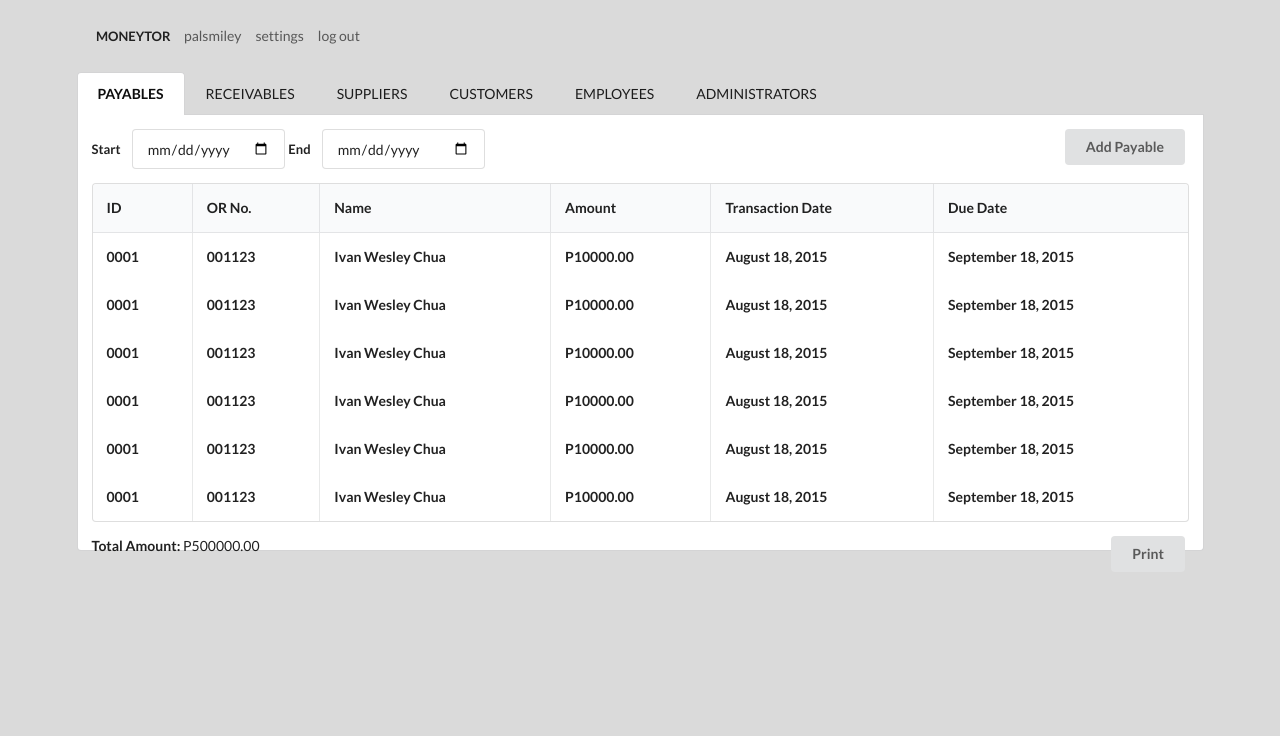
Repository: TV5/MoneyTor
Page: Workspace/MoneyTor/war/main.html
An editor plug-in stored every save of this project. The page is shown before and after the next save, followed by the edit.
The browser window is 1280 px wide. The pictures show the whole page.

Above is the page before, as saved 2015-08-18 10:21:09.

### Workspace/MoneyTor/war/main.html
<!DOCTYPE html>
<html>
<head>
  <!-- Standard Meta -->
  <meta charset="utf-8" />
  <meta http-equiv="X-UA-Compatible" content="IE=edge,chrome=1" />
  <meta name="viewport" content="width=device-width, initial-scale=1.0, maximum-scale=1.0">

  <!-- Site Properities -->
  <title>Main Page</title>
  <link rel="stylesheet" type="text/css" href="../dist/components/reset.css">
  <link rel="stylesheet" type="text/css" href="../dist/components/site.css">

  <link rel="stylesheet" type="text/css" href="../dist/components/container.css">
  <link rel="stylesheet" type="text/css" href="../dist/components/grid.css">
  <link rel="stylesheet" type="text/css" href="../dist/components/header.css">
  <link rel="stylesheet" type="text/css" href="../dist/components/image.css">
  <link rel="stylesheet" type="text/css" href="../dist/components/menu.css">

  <link rel="stylesheet" type="text/css" href="../dist/components/divider.css">
  <link rel="stylesheet" type="text/css" href="../dist/components/segment.css">
  <link rel="stylesheet" type="text/css" href="../dist/components/form.css">
  <link rel="stylesheet" type="text/css" href="../dist/components/input.css">
  <link rel="stylesheet" type="text/css" href="../dist/components/button.css">
  <link rel="stylesheet" type="text/css" href="../dist/components/list.css">
  <link rel="stylesheet" type="text/css" href="../dist/components/message.css">
  <link rel="stylesheet" type="text/css" href="../dist/components/icon.css">
  <link rel="stylesheet" type="text/css" href="../dist/components/tab.min.css">
  <link rel="stylesheet" type="text/css" href="../dist/components/table.min.css">
  <script src="assets/library/jquery.min.js"></script>
  <script src="../dist/components/form.js"></script>
  <script src="../dist/components/transition.js"></script>
  <script src="../dist/components/tab.min.js"></script>

  <style type="text/css">
    body {
      background-color: #DADADA;
    }
    body > .grid {
      height: 100%;
    }
    .image {
      margin-top: -100px;
    }
    .column {
      max-width: 450px;
    }
    .firstmenu {
    	padding-left: 20px;
    	padding-right: 20px;
    	padding-top: 0px;
    }
  </style>
</head>
<body>


<div class="ui container">
	<div class="ui text menu firstmenu" width="100%">
	  <div class="header item">MONEYTOR</div>
	  <a class="item">
	    palsmiley
	  </a>
	  <a class="item">
	    settings
	  </a>
	  <a class="item" style="float:right">
	    log out
	  </a>
	</div>
	<div class="ui top attached tabular menu">
	  <a class="active item">
	    PAYABLES
	  </a>
	  <a class="item">
	    RECEIVABLES
	  </a>
	  <a class="item">
	    SUPPLIERS
	  </a>
	  <a class="item">
	    CUSTOMERS
	  </a>
	  <a class="item">
	    EMPLOYEES
	  </a>
	  <a class="item">
	    ADMINISTRATORS
	  </a>
	</div>

	<div class="ui bottom attached active tab segment">

<!-- 	  <div class="ui form">
	  <div class="inline fields">
	    <div class="four wide field" style="float:left">
	      <label>Start</label>
	      <input type="date">
	    </div>
	    <div class="four wide field" style="float:left">
	      <label>End</label>
	      <input type="date">
	    </div>
	    <div class="three wide feild" style="float:right">
	      <button class="ui button">Add Payable</button>
	    </div>
	  </div>
	  </div> -->

	  <span>
	  <div class="ui form ">
	  	<div class="inline fields" style="float:left">
	  	<div class="eight wide field">
	      <label>Start</label>
	      <input type="date">
	    </div>
	    <div class="eight wide field">
	      <label>End</label>
	      <input type="date">
	    </div>
	    </div>
	    <div class="three wide feild" style="float:right">
	      <button class="ui button">Add Payable</button>
	    </div>
	  </div>


	  </span>



	  <table class="ui celled padded table">
	  <thead>
	    <tr>
	    <th>ID</th>
	    <th>OR No.</th>
	    <th>Name</th>
	    <th>Amount</th>
	    <th>Transaction Date</th>
	    <th>Due Date</th>
	  	</tr>
	  </thead>
	  <tbody>
	  	<tr>
	    <th>0001</th>
	    <th>001123</th>
	    <th>Ivan Wesley Chua</th>
	    <th>P10000.00</th>
	    <th>August 18, 2015</th>
	    <th>September 18, 2015</th>
	  	</tr>
	  	<tr>
	    <th>0001</th>
	    <th>001123</th>
	    <th>Ivan Wesley Chua</th>
	    <th>P10000.00</th>
	    <th>August 18, 2015</th>
	    <th>September 18, 2015</th>
	  	</tr>
	  	<tr>
	    <th>0001</th>
	    <th>001123</th>
	    <th>Ivan Wesley Chua</th>
	    <th>P10000.00</th>
	    <th>August 18, 2015</th>
	    <th>September 18, 2015</th>
	  	</tr>
	  	<tr>
	    <th>0001</th>
	    <th>001123</th>
	    <th>Ivan Wesley Chua</th>
	    <th>P10000.00</th>
	    <th>August 18, 2015</th>
	    <th>September 18, 2015</th>
	  	</tr>
	  	<tr>
	    <th>0001</th>
	    <th>001123</th>
	    <th>Ivan Wesley Chua</th>
	    <th>P10000.00</th>
	    <th>August 18, 2015</th>
	    <th>September 18, 2015</th>
	  	</tr>
	  	<tr>
	    <th>0001</th>
	    <th>001123</th>
	    <th>Ivan Wesley Chua</th>
	    <th>P10000.00</th>
	    <th>August 18, 2015</th>
	    <th>September 18, 2015</th>
	  	</tr>
	  </tbody>
	  </table>
	<span>
	  <div class="ui bottom attached text" style="float:left"><b>Total Amount: </b> P500000.00</div>
	  <button class="ui button" style="float:right">Print</button>
	</span>
	</div>
</div>

</body>

</html>

### Workspace/MoneyTor/war/dist/components/site.css
/*!
 * # Semantic UI 2.0.8 - Site
 * http://github.com/semantic-org/semantic-ui/
 *
 *
 * Copyright 2015 Contributors
 * Released under the MIT license
 * http://opensource.org/licenses/MIT
 *
 */


/*******************************
             Page
*******************************/

@import url('https://fonts.googleapis.com/css?family=Lato:400,700,400italic,700italic&subset=latin');
html,
body {
  height: 100%;
}
html {
  font-size: 14px;
}
body {
  margin: 0px;
  padding: 0px;
  overflow-x: hidden;
  min-width: 320px;
  background: #ffffff;
  font-family: 'Lato', 'Helvetica Neue', Arial, Helvetica, sans-serif;
  font-size: 14px;
  line-height: 1.4285em;
  color: rgba(0, 0, 0, 0.87);
  font-smoothing: antialiased;
}


/*******************************
             Headers
*******************************/

h1,
h2,
h3,
h4,
h5 {
  font-family: 'Lato', 'Helvetica Neue', Arial, Helvetica, sans-serif;
  line-height: 1.2857em;
  margin: calc(2rem -  0.14285em ) 0em 1rem;
  font-weight: bold;
  padding: 0em;
}
h1 {
  min-height: 1rem;
  font-size: 2rem;
}
h2 {
  font-size: 1.714rem;
}
h3 {
  font-size: 1.28rem;
}
h4 {
  font-size: 1.071rem;
}
h5 {
  font-size: 1rem;
}
h1:first-child,
h2:first-child,
h3:first-child,
h4:first-child,
h5:first-child {
  margin-top: 0em;
}
h1:last-child,
h2:last-child,
h3:last-child,
h4:last-child,
h5:last-child {
  margin-bottom: 0em;
}


/*******************************
             Text
*******************************/

p {
  margin: 0em 0em 1em;
  line-height: 1.4285em;
}
p:first-child {
  margin-top: 0em;
}
p:last-child {
  margin-bottom: 0em;
}

/*-------------------
        Links
--------------------*/

a {
  color: #4183c4;
  text-decoration: none;
}
a:hover {
  color: #1e70bf;
  text-decoration: none;
}


/*******************************
          Highlighting
*******************************/


/* Site */
::-webkit-selection {
  background-color: #cce2ff;
  color: rgba(0, 0, 0, 0.87);
}
::-moz-selection {
  background-color: #cce2ff;
  color: rgba(0, 0, 0, 0.87);
}
::selection {
  background-color: #cce2ff;
  color: rgba(0, 0, 0, 0.87);
}

/* Form */
textarea::-webkit-selection,
input::-webkit-selection {
  background-color: rgba(100, 100, 100, 0.4);
  color: rgba(0, 0, 0, 0.87);
}
textarea::-moz-selection,
input::-moz-selection {
  background-color: rgba(100, 100, 100, 0.4);
  color: rgba(0, 0, 0, 0.87);
}
textarea::selection,
input::selection {
  background-color: rgba(100, 100, 100, 0.4);
  color: rgba(0, 0, 0, 0.87);
}


/*******************************
        Global Overrides
*******************************/



/*******************************
         Site Overrides
*******************************/

### Workspace/MoneyTor/war/dist/components/container.css
/*!
 * # Semantic UI 2.0.8 - Container
 * http://github.com/semantic-org/semantic-ui/
 *
 *
 * Copyright 2015 Contributors
 * Released under the MIT license
 * http://opensource.org/licenses/MIT
 *
 */


/*******************************
            Container
*******************************/


/* All Sizes */
.ui.container {
  display: block;
  max-width: 100% !important;
}

/* Mobile */
@media only screen and (max-width: 767px) {
  .ui.container {
    width: auto;
    margin-left: 1em !important;
    margin-right: 1em !important;
  }
  .ui.grid.container {
    width: auto !important;
  }
}

/* Tablet */
@media only screen and (min-width: 768px) and (max-width: 991px) {
  .ui.container {
    width: 723px;
    margin-left: auto !important;
    margin-right: auto !important;
  }
  .ui.grid.container {
    width: calc( 723px  +  2em ) !important;
  }
}

/* Small Monitor */
@media only screen and (min-width: 992px) and (max-width: 1199px) {
  .ui.container {
    width: 933px;
    margin-left: auto !important;
    margin-right: auto !important;
  }
  .ui.grid.container {
    width: calc( 933px  +  2em ) !important;
  }
}

/* Large Monitor */
@media only screen and (min-width: 1200px) {
  .ui.container {
    width: 1127px;
    margin-left: auto !important;
    margin-right: auto !important;
  }
  .ui.grid.container {
    width: calc( 1127px  +  2em ) !important;
  }
}


/*******************************
             Types
*******************************/


/* Text Container */
.ui.text.container {
  font-family: 'Lato', 'Helvetica Neue', Arial, Helvetica, sans-serif;
  max-width: 700px !important;
  line-height: 1.5;
}
.ui.text.container {
  font-size: 1.14285714rem;
}

/* Fluid */
.ui.fluid.container {
  width: 100%;
}


/*******************************
           Variations
*******************************/

.ui[class*="left aligned"].container {
  text-align: left;
}
.ui[class*="center aligned"].container {
  text-align: center;
}
.ui[class*="right aligned"].container {
  text-align: right;
}
.ui.justified.container {
  text-align: justify;
  -webkit-hyphens: auto;
     -moz-hyphens: auto;
      -ms-hyphens: auto;
          hyphens: auto;
}


/*******************************
         Theme Overrides
*******************************/



/*******************************
         Site Overrides
*******************************/

### Workspace/MoneyTor/war/dist/components/image.css
/*!
 * # Semantic UI 2.0.8 - Image
 * http://github.com/semantic-org/semantic-ui/
 *
 *
 * Copyright 2015 Contributors
 * Released under the MIT license
 * http://opensource.org/licenses/MIT
 *
 */


/*******************************
             Image
*******************************/

.ui.image {
  position: relative;
  display: inline-block;
  vertical-align: middle;
  max-width: 100%;
  background-color: transparent;
}
img.ui.image {
  display: block;
}
.ui.image svg,
.ui.image img {
  display: block;
  max-width: 100%;
  height: auto;
}


/*******************************
            States
*******************************/

.ui.hidden.images,
.ui.hidden.image {
  display: none;
}
.ui.disabled.images,
.ui.disabled.image {
  cursor: default;
  opacity: 0.45;
}


/*******************************
          Variations
*******************************/


/*--------------
     Inline
---------------*/

.ui.inline.image,
.ui.inline.image svg,
.ui.inline.image img {
  display: inline-block;
}

/*------------------
  Vertical Aligned
-------------------*/

.ui.top.aligned.images .image,
.ui.top.aligned.image,
.ui.top.aligned.image svg,
.ui.top.aligned.image img {
  display: inline-block;
  vertical-align: top;
}
.ui.middle.aligned.images .image,
.ui.middle.aligned.image,
.ui.middle.aligned.image svg,
.ui.middle.aligned.image img {
  display: inline-block;
  vertical-align: middle;
}
.ui.bottom.aligned.images .image,
.ui.bottom.aligned.image,
.ui.bottom.aligned.image svg,
.ui.bottom.aligned.image img {
  display: inline-block;
  vertical-align: bottom;
}

/*--------------
     Rounded
---------------*/

.ui.rounded.images .image,
.ui.rounded.image,
.ui.rounded.images .image > *,
.ui.rounded.image > * {
  border-radius: 0.3125em;
}

/*--------------
    Bordered
---------------*/

.ui.bordered.images .image,
.ui.bordered.images img,
.ui.bordered.images svg,
.ui.bordered.image img,
.ui.bordered.image svg,
img.ui.bordered.image {
  border: 1px solid rgba(0, 0, 0, 0.1);
}

/*--------------
    Circular
---------------*/

.ui.circular.images,
.ui.circular.image {
  overflow: hidden;
}
.ui.circular.images .image,
.ui.circular.image,
.ui.circular.images .image > *,
.ui.circular.image > * {
  border-radius: 500rem;
}

/*--------------
     Fluid
---------------*/

.ui.fluid.images,
.ui.fluid.image,
.ui.fluid.images img,
.ui.fluid.images svg,
.ui.fluid.image svg,
.ui.fluid.image img {
  display: block;
  width: 100%;
  height: auto;
}

/*--------------
     Avatar
---------------*/

.ui.avatar.images .image,
.ui.avatar.images img,
.ui.avatar.images svg,
.ui.avatar.image img,
.ui.avatar.image svg,
.ui.avatar.image {
  margin-right: 0.25em;
  display: inline-block;
  width: 2em;
  height: 2em;
  border-radius: 500rem;
}

/*-------------------
       Spaced
--------------------*/

.ui.spaced.image {
  display: inline-block !important;
  margin-left: 0.5em;
  margin-right: 0.5em;
}
.ui[class*="left spaced"].image {
  margin-left: 0.5em;
  margin-right: 0em;
}
.ui[class*="right spaced"].image {
  margin-left: 0em;
  margin-right: 0.5em;
}

/*-------------------
       Floated
--------------------*/

.ui.floated.image,
.ui.floated.images {
  float: left;
  margin-right: 1em;
  margin-bottom: 1em;
}
.ui.right.floated.images,
.ui.right.floated.image {
  float: right;
  margin-right: 0em;
  margin-bottom: 1em;
  margin-left: 1em;
}
.ui.floated.images:last-child,
.ui.floated.image:last-child {
  margin-bottom: 0em;
}
.ui.centered.images,
.ui.centered.image {
  margin-left: auto;
  margin-right: auto;
}

/*--------------
     Sizes
---------------*/

.ui.mini.images .image,
.ui.mini.images img,
.ui.mini.images svg,
.ui.mini.image {
  width: 35px;
  height: auto;
  font-size: 0.71428571rem;
}
.ui.tiny.images .image,
.ui.tiny.images img,
.ui.tiny.images svg,
.ui.tiny.image {
  width: 80px;
  height: auto;
  font-size: 0.85714286rem;
}
.ui.small.images .image,
.ui.small.images img,
.ui.small.images svg,
.ui.small.image {
  width: 150px;
  height: auto;
  font-size: 0.92857143rem;
}
.ui.medium.images .image,
.ui.medium.images img,
.ui.medium.images svg,
.ui.medium.image {
  width: 300px;
  height: auto;
  font-size: 1rem;
}
.ui.large.images .image,
.ui.large.images img,
.ui.large.images svg,
.ui.large.image {
  width: 450px;
  height: auto;
  font-size: 1.14285714rem;
}
.ui.big.images .image,
.ui.big.images img,
.ui.big.images svg,
.ui.big.image {
  width: 600px;
  height: auto;
  font-size: 1.28571429rem;
}
.ui.huge.images .image,
.ui.huge.images img,
.ui.huge.images svg,
.ui.huge.image {
  width: 800px;
  height: auto;
  font-size: 1.42857143rem;
}
.ui.massive.images .image,
.ui.massive.images img,
.ui.massive.images svg,
.ui.massive.image {
  width: 960px;
  height: auto;
  font-size: 1.71428571rem;
}


/*******************************
              Groups
*******************************/

.ui.images {
  font-size: 0em;
  margin: 0em -0.25rem 0rem;
}
.ui.images .image,
.ui.images img,
.ui.images svg {
  display: inline-block;
  margin: 0em 0.25rem 0.5rem;
}


/*******************************
         Theme Overrides
*******************************/



/*******************************
         Site Overrides
*******************************/

Loaded but not shown: Workspace/MoneyTor/war/dist/components/tab.min.css (common file); Workspace/MoneyTor/war/dist/components/table.min.css (library); Workspace/MoneyTor/war/assets/library/jquery.min.js (library); Workspace/MoneyTor/war/dist/components/tab.min.js (library); Workspace/MoneyTor/war/dist/components/modal.min.css (library); Workspace/MoneyTor/war/dist/components/modal.min.js (library); Workspace/MoneyTor/war/dist/components/form.js (1308 lines, source omitted); Workspace/MoneyTor/war/dist/components/transition.js (1072 lines, source omitted); Workspace/MoneyTor/war/dist/components/button.css (3230 lines, source omitted); Workspace/MoneyTor/war/dist/components/grid.css (1879 lines, source omitted); Workspace/MoneyTor/war/dist/components/icon.css (2601 lines, source omitted); Workspace/MoneyTor/war/dist/components/menu.css (1891 lines, source omitted); Workspace/MoneyTor/war/dist/components/form.css (994 lines, source omitted); Workspace/MoneyTor/war/dist/components/list.css (923 lines, source omitted); Workspace/MoneyTor/war/dist/components/segment.css (751 lines, source omitted); Workspace/MoneyTor/war/dist/components/header.css (721 lines, source omitted); Workspace/MoneyTor/war/dist/components/input.css (486 lines, source omitted); Workspace/MoneyTor/war/dist/components/message.css (462 lines, source omitted); Workspace/MoneyTor/war/dist/components/reset.css (423 lines, source omitted); Workspace/MoneyTor/war/dist/components/divider.css (260 lines, source omitted)

After the next save:
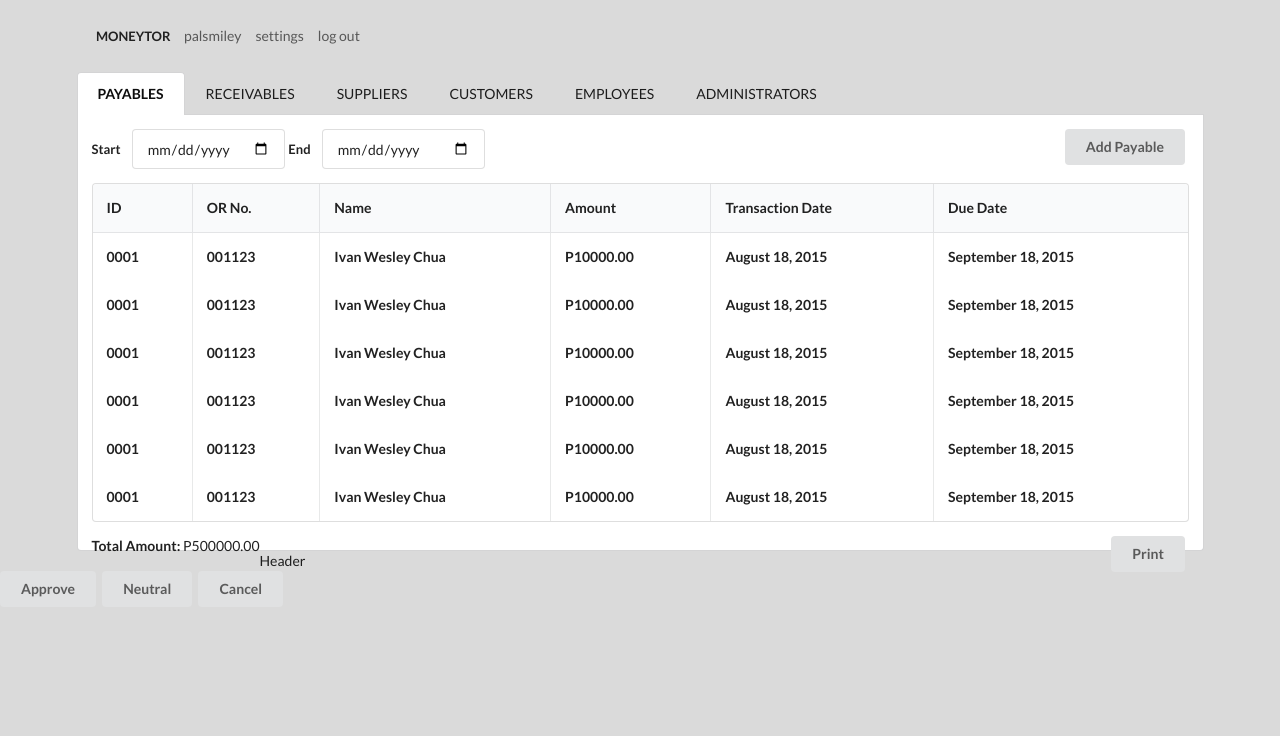
Saved 2 min 10 s later.
--- a/Workspace/MoneyTor/war/main.html
+++ b/Workspace/MoneyTor/war/main.html
@@ -198,6 +198,20 @@
 	</div>
 </div>
 
+<div class="ui modal">
+  <div class="header">Header</div>
+  <div class="content">
+    <p></p>
+  </div>
+  <div class="actions">
+    <div class="ui approve button">Approve</div>
+    <div class="ui button">Neutral</div>
+    <div class="ui cancel button">Cancel</div>
+  </div>
+</div>
+
 </body>
-
+<script type="text/javascript">
+	alert("hi");
+</script>
 </html>

After the save that followed:
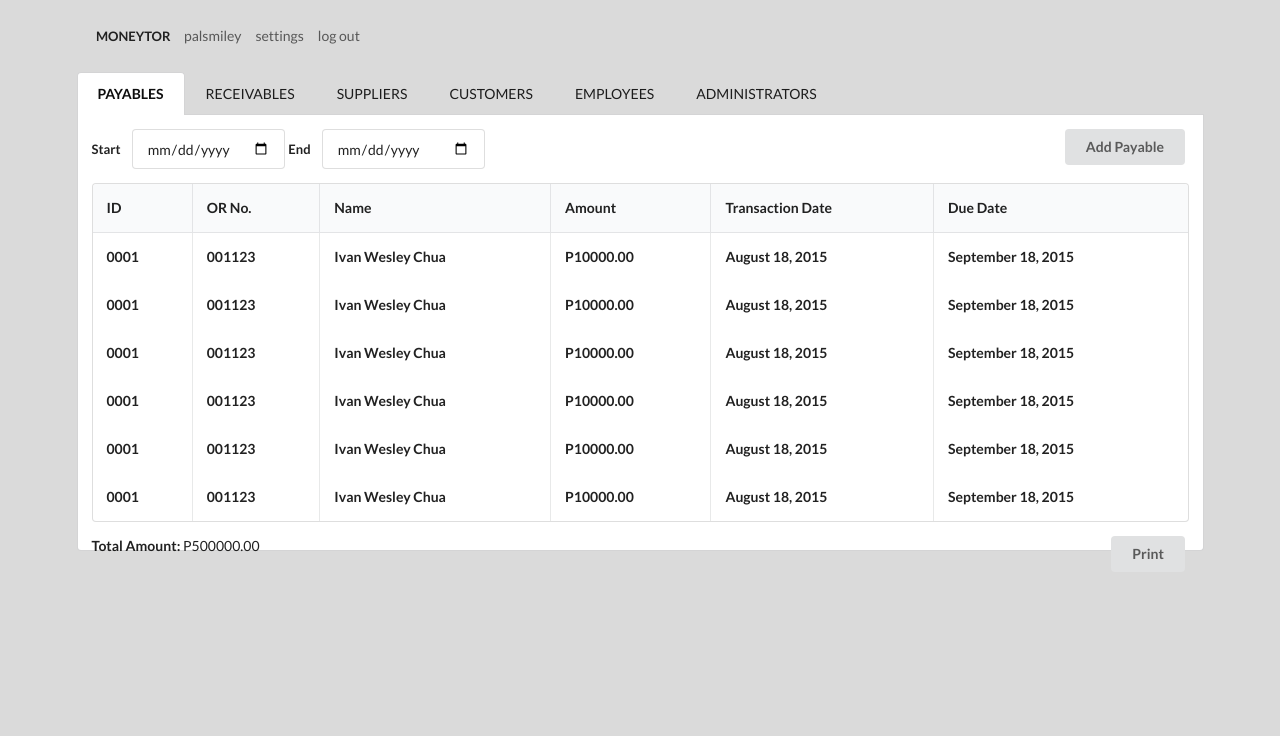
Saved 82 s later.
--- a/Workspace/MoneyTor/war/main.html
+++ b/Workspace/MoneyTor/war/main.html
@@ -27,10 +27,12 @@
   <link rel="stylesheet" type="text/css" href="../dist/components/icon.css">
   <link rel="stylesheet" type="text/css" href="../dist/components/tab.min.css">
   <link rel="stylesheet" type="text/css" href="../dist/components/table.min.css">
+  <link rel="stylesheet" type="text/css" href="../dist/components/modal.min.css">
   <script src="assets/library/jquery.min.js"></script>
   <script src="../dist/components/form.js"></script>
   <script src="../dist/components/transition.js"></script>
   <script src="../dist/components/tab.min.js"></script>
+  <script src="../dist/components/modal.min.js"></script>
 
   <style type="text/css">
     body {
